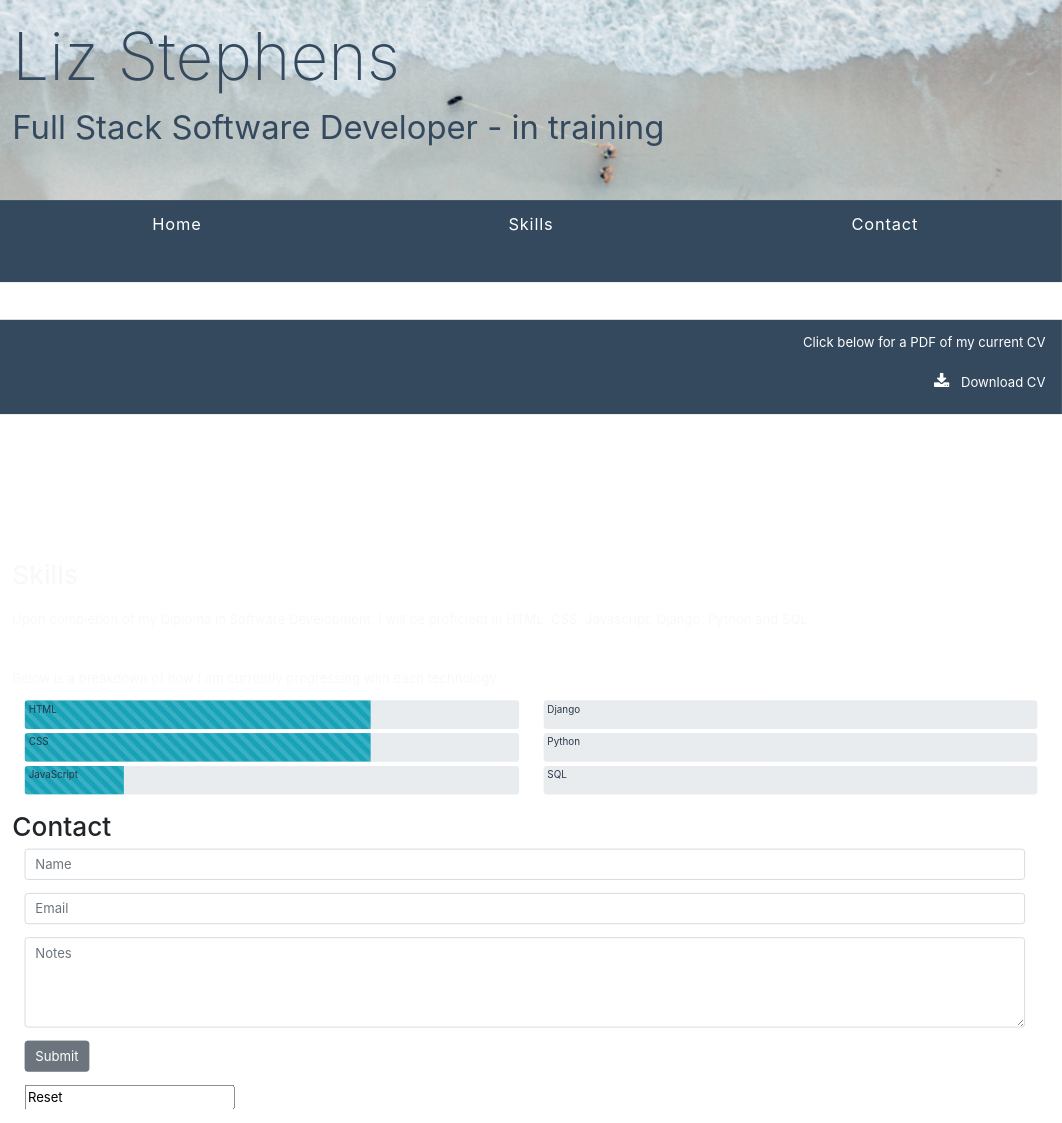
Repository: Liz94688/portfolio-site
Page: contact.html
The author's editor kept a record of every edit. The page is drawn from the files as they stood at one moment, then again after the next edit.
The browser window is 1280 px wide. The page is 1295 px wide, so the pictures cover 1295 px, including what lies to the right of the window. The pictures show the whole page, at 82% of full size.

Above is the page before.

### contact.html
<!DOCTYPE html>
<html lang="en">

<head>
    <meta charset="UTF-8">
    <meta name="viewport" content="width=device-width, initial-scale=1.0">
    <meta http-equiv="X-UA-Compatible" content="ie=edge">
    <link rel="stylesheet" href="https://stackpath.bootstrapcdn.com/bootstrap/4.3.1/css/bootstrap.min.css" type="text/css" />
    <link rel="stylesheet" href="https://stackpath.bootstrapcdn.com/font-awesome/4.7.0/css/font-awesome.min.css" type="text/css" />
    <link rel="stylesheet" href="assets/css/style.css" type="text/css" />
    <title>Liz Stephens Portfolio - Full Stack Web Developer</title>
</head>

<body>
    <header>
        <div class="row header-image">
            <div class="col">
                <h1 class="header-name">Liz Stephens</h1>
                <h2 class="header-title">Full Stack Software Developer - in training</h2>
            </div>
        </div>

        <div class="row header-nav">
            <div class="col">
                <ul id="nav" class="list-inline header-nav-container">
                    <li class="col-sm-4 header-nav-color-home header-nav-item list-inline-item">
                        <a href="#"><span>Home</span></a>
                    </li>
                    <li class="col-sm-4 header-nav-color-skills header-nav-item list-inline-item">
                        <a href="#"><span>Skills</span></a>
                    </li>
                    <li class="col-sm-4 header-nav-color-contact header-nav-item list-inline-item">
                        <a href="#"><span>Contact</span></a>
                    </li>
                </ul>
            </div>
        </div>
        </div>
    </header>
    <section>

    </section>
    <footer>
        <div class="row footer-nav">
            <div class="col footer-nav-item">
                <p>Click below for a PDF of my current CV</p>
                <a href="./assets/Liz_CV.pdf" target="_blank"><i class="fa fa-download" aria-hidden="true"></i><span> Download CV </span></a>
            </div>
        </div>
    </footer>
</body>

</html>











































<!--*****Skills*****-->
<section id="skills-intro ">
    <div class="container-fluid ">
        <div class="row ">
            <h2 class="skills-title ">
                Skills
            </h2>
        </div>
        <div class="row ">
            <p class="skills-progression ">Upon completion of my Diploma in Software Development, I will be proficient in HTML, CSS, Javascript, Django, Python and SQL.</p>
            <br>
            <br>
            <br>
            <p class="skills-progression ">Below is a breakdown of how I am currently progressing with each technology:</p>
        </div>
        <div class="row progress-bars ">
            <div class="col-sm-12 col-md-6 ">
                <div class="progress ">
                    <div class="progress-bar-animated progress-bar-striped bg-info " role="progressbar " style="width: 70% " aria-valuenow="70 " aria-valuemin="0 " aria-valuemax="100 ">
                        <span class="sr-only ">70% complete</span>
                    </div>
                    <span class="progress-type ">HTML</span>
                </div>
                <div class="progress ">
                    <div class="progress-bar-animated progress-bar-striped bg-info " role="progressbar " style="width: 70% " aria-valuenow="70 " aria-valuemin="0 " aria-valuemax="100 ">
                        <span class="sr-only ">70% complete</span>
                    </div>
                    <span class="progress-type ">CSS</span>
                </div>
                <div class="progress ">
                    <div class="progress-bar-animated progress-bar-striped bg-info " role="progressbar " style="width: 20% " aria-valuenow="20 " aria-valuemin="0 " aria-valuemax="100 ">
                        <span class="sr-only ">20% complete</span>
                    </div>
                    <span class="progress-type ">JavaScript</span>
                </div>
            </div>
            <div class="col-sm-12 col-md-6 ">
                <div class="progress ">
                    <div class="progress-bar-animated progress-bar-striped bg-info " role="progressbar " style="width: 0% " aria-valuenow="0 " aria-valuemin="0 " aria-valuemax="100 ">
                        <span class="sr-only ">0% complete</span>
                    </div>
                    <span class="progress-type ">Django</span>
                </div>
                <div class="progress ">
                    <div class="progress-bar-animated progress-bar-striped bg-info " role="progressbar " style="width: 0% " aria-valuenow="0 " aria-valuemin="0 " aria-valuemax="100 ">
                        <span class="sr-only ">0% complete</span>
                    </div>
                    <span class="progress-type ">Python</span>
                </div>
                <div class="progress ">
                    <div class="progress-bar-animated progress-bar-striped bg-info " role="progressbar " style="width: 0% " aria-valuenow="0 " aria-valuemin="0 " aria-valuemax="100 ">
                        <span class="sr-only ">0% complete</span>
                    </div>
                    <span class="progress-type ">SQL</span>
                </div>
            </div>
        </div>
    </div>
</section>

<!--*****Contact Me*****-->
<section id="contact-me ">
    <div class="container-fluid ">
        <div class="contact-title ">
            <h2>
                Contact
            </h2>
        </div>
        <div class="contact-form ">
            <div class="contact-groups col-sm-12 ">
                <form>
                    <div class=" form-group ">
                        <input type="text " name="Name " class="form-control " placeholder="Name " required>
                    </div>
                    <div class="form-group ">
                        <input type="email " name="Email " class="form-control " placeholder="Email " required>
                    </div>
                    <div class="form-group ">
                        <textarea rows="4 " name="Notes " class="form-control " placeholder="Notes "></textarea>
                    </div>

                    <div class="form-group ">
                        <button type="submit " class="btn btn-secondary ">Submit</button>
                    </div>
                    <div class="form-group ">
                        <input type="reset " value="Reset ">
                    </div>
                </form>
            </div>
        </div>
    </div>
</section>

### assets/css/style.css
@import url('https://fonts.googleapis.com/css?family=Montserrat&display=swap:100,200,300,400,500,600,700');

/*------------------------------Header*/

header {
    margin: 0;
}

.header-image {
    background-image: url('../images/welcome-view.jpg');
    background-position: center;
    background-repeat: no-repeat;
    background-size: cover;
    min-height: 240px;
    transition: all .5s ease-in-out;
    -moz-transition: all .5s ease-in-out;
    -webkit-transition: all .5s ease-in-out;
}

.header-name {
    font-weight: 200;
    font-size: 80px;
    color: #34495E;
    margin-top: 20px;
    padding-left: 15px;
}

.header-title {
    font-weight: 400;
    font-size: 40px;
    color: #34495E;
    margin-top: 15px;
    margin-bottom: 50px;
    padding-left: 15px;
}

/*------------------------------Header-Nav*/

.col {
    padding: 0;
}

ul {
    background-color: #34495E;
}

li a {
    color: #fff;
    padding: 0;
    text-decoration: none;
}

.list-inline-item:not(:last-child) {
    margin: 0;
}

.header-nav-container {
    font-size: 0;
}

#nav li {
    padding: 0;
}

.header-nav-item {
    height: 100px;
    text-align: center;
}

.header-nav-item a {
    width: 100%;
    text-decoration: none;
    color: #fff;
}

.header-nav-item span {
    display: block;
    padding-top: 15px;
    font-size: 20px;
    letter-spacing: 1px;
}

.header-nav-color-home:hover {
    background-color: #2980B9;
}

.header-nav-color-skills:hover {
    background-color: #1ABC9C;
}

.header-nav-color-contact:hover {
    background-color: #EC7063;
}

.header-nav-color-home.active {
    background-color: #2980B9;
}

.header-nav-color-skills.active {
    background-color: #1ABC9C;
}

.header-nav-color-contact.active {
    background-color: #EC7063;
}

/*----------About Me----------*/

/*----------Skills----------*/

#skills-intro {
    background-color: #393938;
    background-size: cover;
    height: 100vh;
    width: 100vw;
    margin-bottom: 0px;
    margin-top: 0px;
}

.container {
    margin: 0;
}

.skills-title {
    padding-top: 10%;
    color: #F7F9F9;
}

.skills-progression {
    margin: 0;
    color: #F7F9F9;
}

.row {
    padding-left: 15px;
    padding-bottom: 15px;
    color: #283747
}

.progress {
    position: relative;
    height: 35px;
    margin-bottom: 5px;
}

.progress-type {
    position: absolute;
    color: #283747;
    left: 0px;
    padding: 2px 30px 2px 5px;
}

/*----------Contact----------*/

/*----------Footer----------*/

footer {
    min-height: 100px;
    margin: 0;
}

.footer-nav {
    background-color: #34495E;
    margin-top: 15px;
    margin-bottom: 50px;
}

.footer-nav-item {
    height: 100px;
    text-align: right;
    padding: 15px 20px;
    color: #fff;
}

.footer-nav-item a {
    text-decoration: none;
    color: #fff;
}

.footer-nav-item a i {
    font-size: 20px;
    padding: 10px;
}

After the next edit:
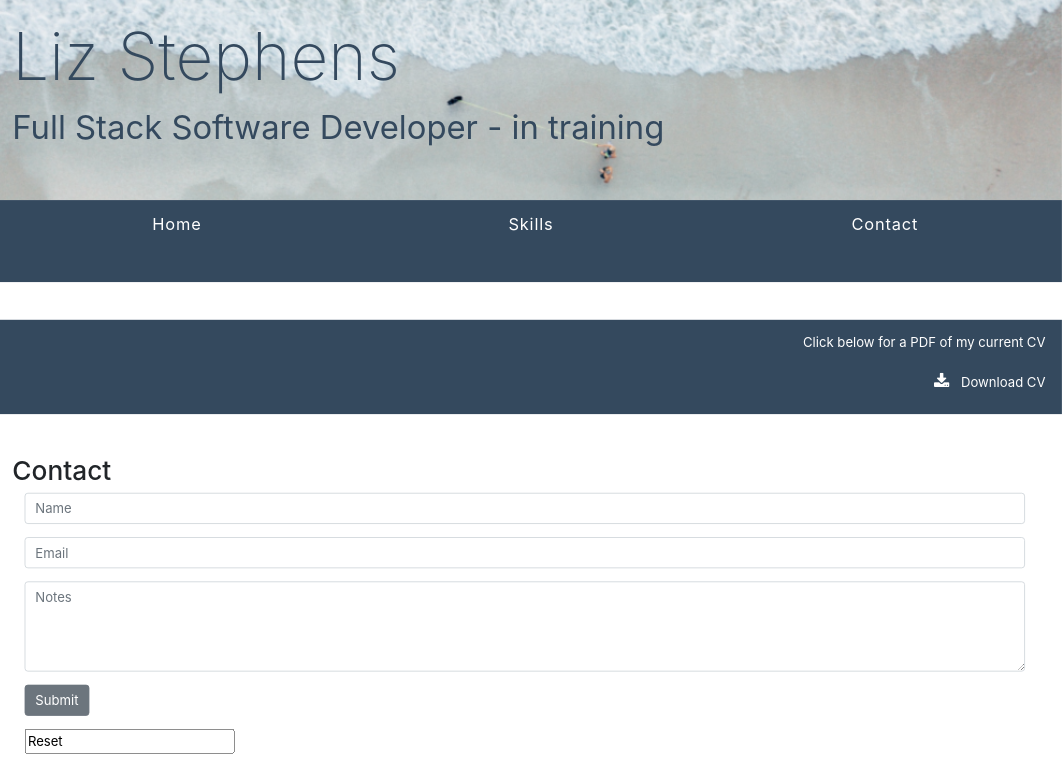
The edit:
--- a/contact.html
+++ b/contact.html
@@ -53,107 +53,6 @@
 </html>
 
 
-
-
-
-
-
-
-
-
-
-
-
-
-
-
-
-
-
-
-
-
-
-
-
-
-
-
-
-
-
-
-
-
-
-
-
-
-
-
-
-
-
-<!--*****Skills*****-->
-<section id="skills-intro ">
-    <div class="container-fluid ">
-        <div class="row ">
-            <h2 class="skills-title ">
-                Skills
-            </h2>
-        </div>
-        <div class="row ">
-            <p class="skills-progression ">Upon completion of my Diploma in Software Development, I will be proficient in HTML, CSS, Javascript, Django, Python and SQL.</p>
-            <br>
-            <br>
-            <br>
-            <p class="skills-progression ">Below is a breakdown of how I am currently progressing with each technology:</p>
-        </div>
-        <div class="row progress-bars ">
-            <div class="col-sm-12 col-md-6 ">
-                <div class="progress ">
-                    <div class="progress-bar-animated progress-bar-striped bg-info " role="progressbar " style="width: 70% " aria-valuenow="70 " aria-valuemin="0 " aria-valuemax="100 ">
-                        <span class="sr-only ">70% complete</span>
-                    </div>
-                    <span class="progress-type ">HTML</span>
-                </div>
-                <div class="progress ">
-                    <div class="progress-bar-animated progress-bar-striped bg-info " role="progressbar " style="width: 70% " aria-valuenow="70 " aria-valuemin="0 " aria-valuemax="100 ">
-                        <span class="sr-only ">70% complete</span>
-                    </div>
-                    <span class="progress-type ">CSS</span>
-                </div>
-                <div class="progress ">
-                    <div class="progress-bar-animated progress-bar-striped bg-info " role="progressbar " style="width: 20% " aria-valuenow="20 " aria-valuemin="0 " aria-valuemax="100 ">
-                        <span class="sr-only ">20% complete</span>
-                    </div>
-                    <span class="progress-type ">JavaScript</span>
-                </div>
-            </div>
-            <div class="col-sm-12 col-md-6 ">
-                <div class="progress ">
-                    <div class="progress-bar-animated progress-bar-striped bg-info " role="progressbar " style="width: 0% " aria-valuenow="0 " aria-valuemin="0 " aria-valuemax="100 ">
-                        <span class="sr-only ">0% complete</span>
-                    </div>
-                    <span class="progress-type ">Django</span>
-                </div>
-                <div class="progress ">
-                    <div class="progress-bar-animated progress-bar-striped bg-info " role="progressbar " style="width: 0% " aria-valuenow="0 " aria-valuemin="0 " aria-valuemax="100 ">
-                        <span class="sr-only ">0% complete</span>
-                    </div>
-                    <span class="progress-type ">Python</span>
-                </div>
-                <div class="progress ">
-                    <div class="progress-bar-animated progress-bar-striped bg-info " role="progressbar " style="width: 0% " aria-valuenow="0 " aria-valuemin="0 " aria-valuemax="100 ">
-                        <span class="sr-only ">0% complete</span>
-                    </div>
-                    <span class="progress-type ">SQL</span>
-                </div>
-            </div>
-        </div>
-    </div>
-</section>
-
 <!--*****Contact Me*****-->
 <section id="contact-me ">
     <div class="container-fluid ">
